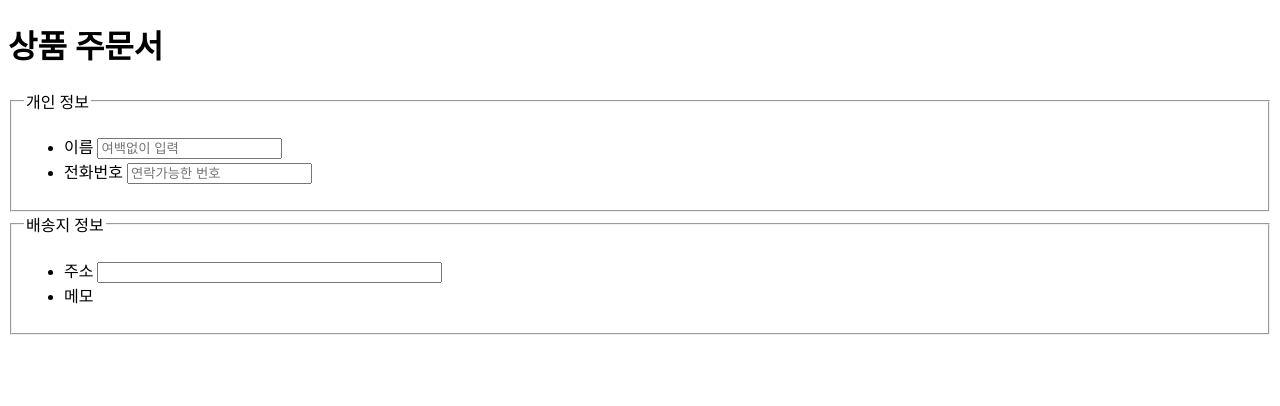
Repository: ygs3004/StudyHTML_CSS
Page: web project 01/src/main/webapp/chapter05/exam05_15.html
An editor plug-in stored every save of this project. The page is shown before and after the next save, followed by the edit.
The browser window is 1280 px wide. The pictures show the whole page.

Above is the page before, as saved 2022-08-05 08:21:27.

After the next save:
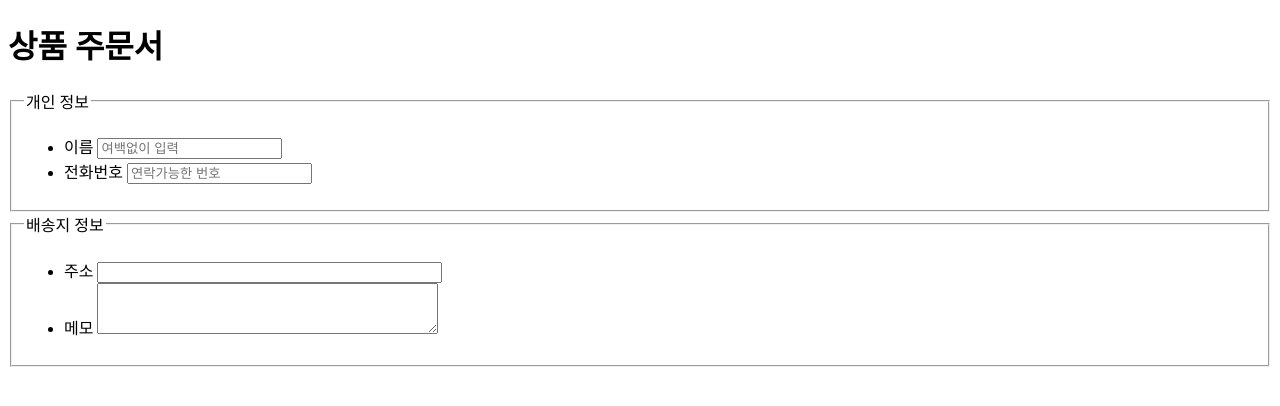
Saved 27 s later.
--- a/web project 01/src/main/webapp/chapter05/exam05_15.html
+++ b/web project 01/src/main/webapp/chapter05/exam05_15.html
@@ -31,6 +31,7 @@
 				</li>
 				<li>
 					<label for="comment" class="title">메모</label>
+					<textarea rows="3" cols="40"></textarea>
 				</li>
 				</ul>
 			</fieldset>
